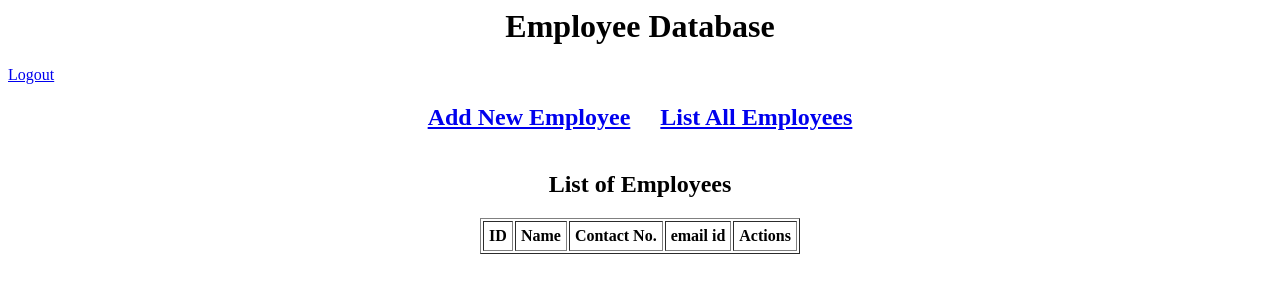
Repository: balu-sadanandan/demoProject
Page: http://localhost/emp_database/index.jsp
These files come from the project's save history. The page is drawn as it stood at one moment and after the next save; the edit follows.
The browser window is 1280 px wide. The pictures show the whole page.
The page is served by Tomcat 9. The template is opened directly, without the code that normally fills it, so the values that code supplies are empty.

Above is the page before, as saved 2017-09-06 11:04:30.

After the next save:
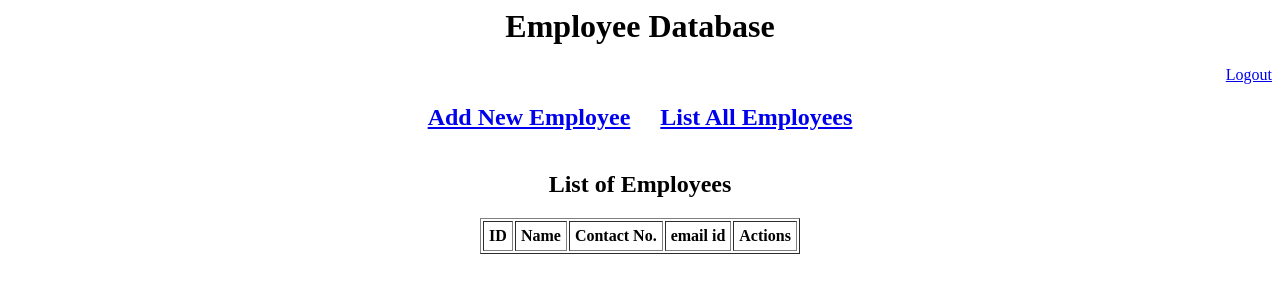
Saved 25 s later.
--- a/emp_database/WebContent/index.jsp
+++ b/emp_database/WebContent/index.jsp
@@ -9,7 +9,7 @@
     <center>
         <h1>Employee Database</h1>
     </center>
-    <div align="left">
+    <div align="right">
     <a href="logout">Logout</a>
 </div>
 
